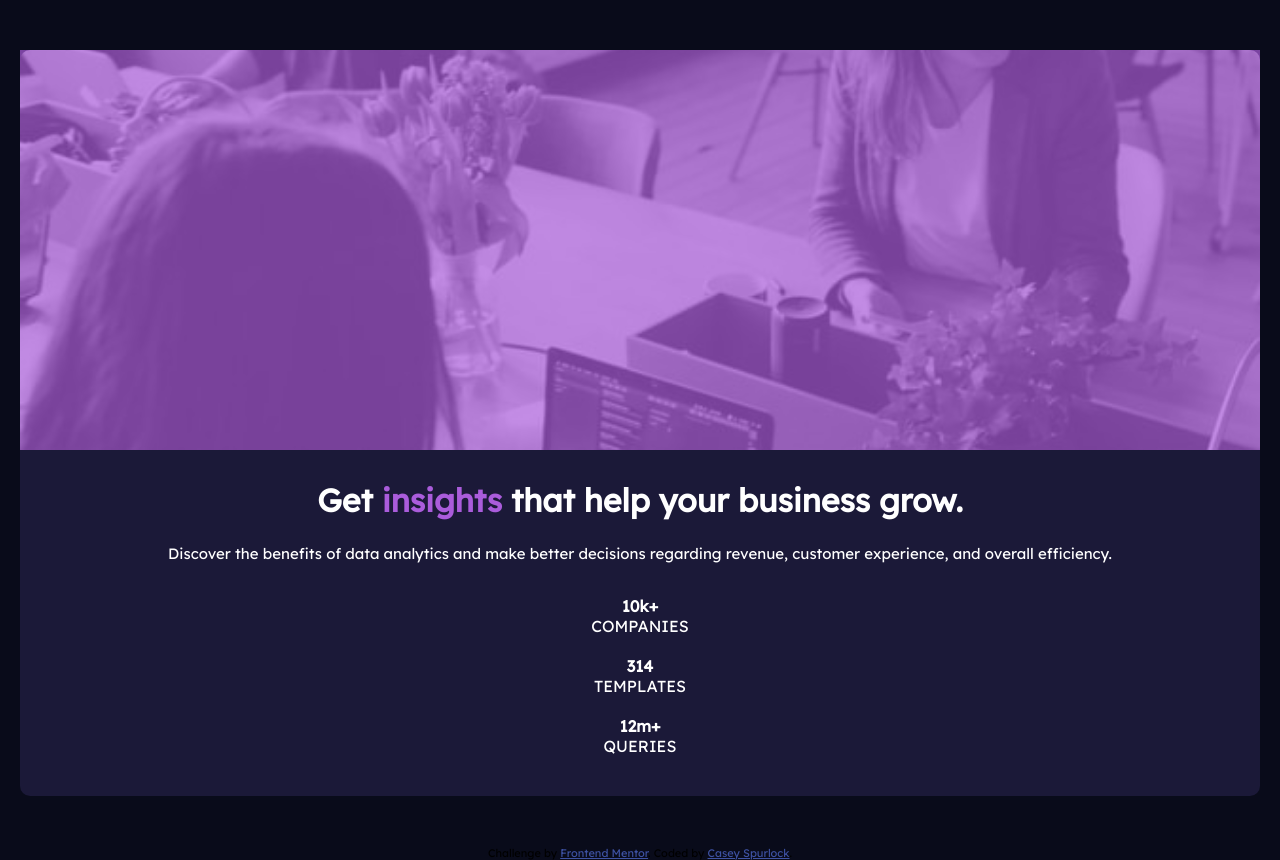
Repository: CaseySpurlock/stats-prewiew-component
Page: index.html
The author's editor kept a copy of each file at every save. The page is drawn from the files as they stood at one save, then again after the next save.
The browser window is 1280 px wide. The pictures show the whole page.

Above is the page before, as saved 2021-06-22 01:33:54.

### index.html
<!DOCTYPE html>
<html lang="en">
<head>
  <meta charset="UTF-8">
  <meta name="viewport" content="width=device-width, initial-scale=1.0"> <!-- displays site properly based on user's device -->

  <link rel="icon" type="image/png" sizes="32x32" href="./images/favicon-32x32.png">

  <title>Frontend Mentor | Stats preview card component</title>

  <link rel="stylesheet" href="styles.css">
  <link rel="preconnect" href="https://fonts.googleapis.com">
  <link rel="preconnect" href="https://fonts.gstatic.com" crossorigin>
  <link href="https://fonts.googleapis.com/css2?family=Inter:wght@400;700&family=Lexend+Deca&display=swap" rel="stylesheet">

</head>

<body>

  <div class="container">
    <div class="card picture">
      <div class="overlay"></div>
    </div>
      <div class="card">
        <h1>Get <span>insights</span> that help your business grow.</h1>
      <p>Discover the benefits of data analytics and make better decisions regarding revenue, customer
        experience, and overall efficiency.</p>
        <ul>
          <li><span>10k+</span> companies</li>
          <li><span>314</span> templates</li>
          <li><span>12m+ </span> queries</li>
      </div>
      </div>








  <div class="attribution">
    Challenge by <a href="https://www.frontendmentor.io?ref=challenge" target="_blank">Frontend Mentor</a>.
    Coded by <a href="#">Casey Spurlock</a>.
  </div>
</body>
</html>

### styles.css
:root {
    --Very-dark-blue: hsl(233, 47%, 7%);
    --Dark-desaturated-blue: hsl(244, 38%, 16%);
    --Soft-violet: hsl(277, 64%, 61%);
    --White: hsl(0, 0%, 100%);
    --Slightly-transparent -white: hsla(0, 0%, 100%, 0.75);
    --Slightly-transparent-white: hsla(0, 0%, 100%, 0.6);
}

* {
    margin: 0;
    padding: 0;
    box-sizing: border-box;
}

img {
    max-width: 100%;
}

ul {
    list-style-type: none;
}

body {
    font-family: "lexend deca", sans-serif;
    background-color: var(--Very-dark-blue);
}

p {
    font-size: 15px;
    line-height: 1.6;
}

.container {
    background-color: var(--Dark-desaturated-blue);
    color: var(--White);
    margin: 50px 20px;
    padding: 0 0 20px;
    border-radius: 10px;
    text-align: center;
}

.container .picture  {
    background: url(./images/image-header-mobile.jpg)
    no-repeat center/cover;
    height: 400px;
    border-radius: 10px 10px 0 0;
}

.container .picture .overlay {
    background-color: hsl(277, 64%, 61%, .7);
    height: 400px;
}

.container .picture {
    border-radius: 10px 10px 0 0;
}

.container .card p {
    padding: 0 20px;
    margin-bottom: 30px;
}

.container .card h1 {
    margin: 30px 0 20px;
    padding: 0 20px;
    line-height: 1.3;
    font-family: "lexend deca", sans-serif;
}

.container .card h1 span {
    color: var(--Soft-violet);
}

.container .card ul li {
    margin-bottom: 20px;
    text-transform: uppercase;
}

.container .card ul li span {
    display: block;
    text-transform: lowercase;
    font-weight: 700;
    font-family: "lexend deca", sans-serif;
}

.attribution {
    font-size: 11px;
    text-align: center;
}
.attribution a {
    color: hsl(228, 45%, 44%);
}

After the next save:
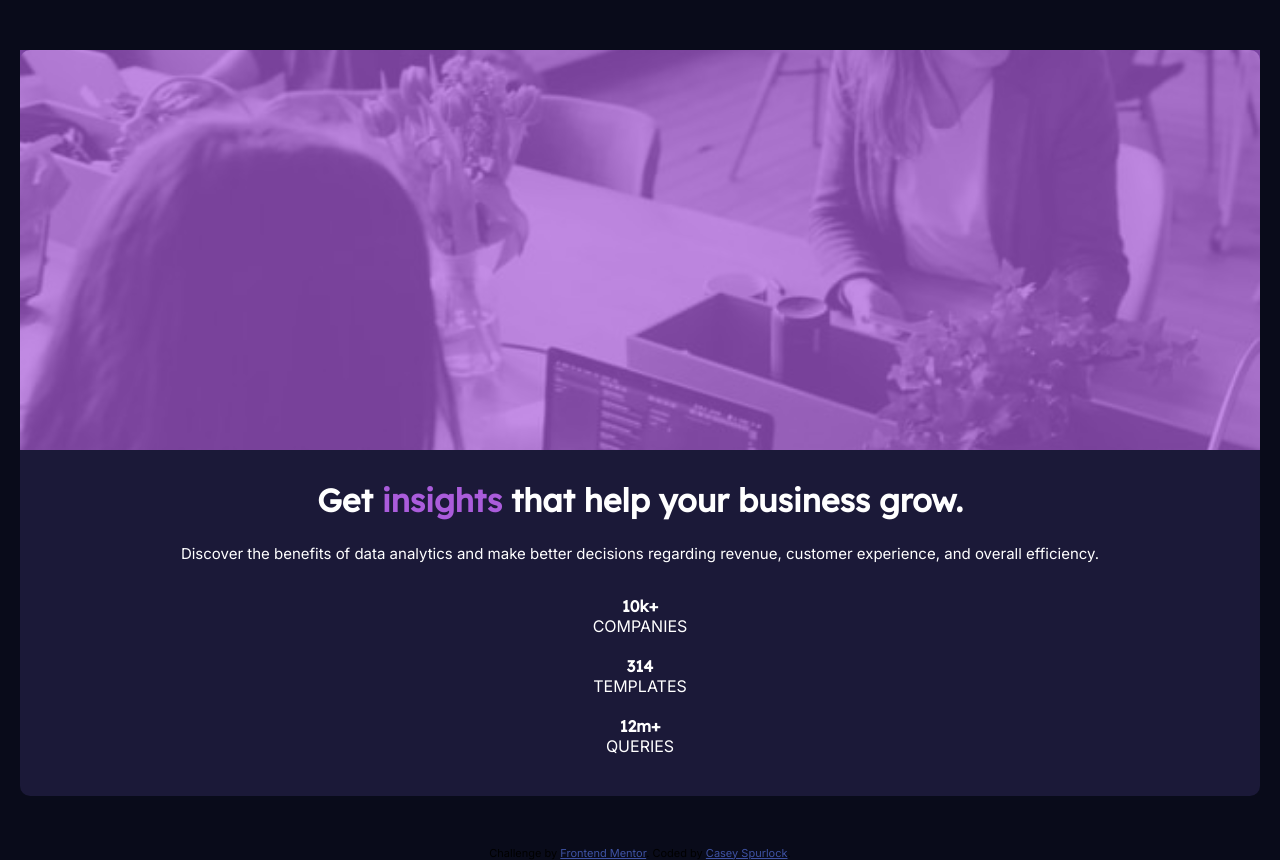
Saved 49 s later.
--- a/styles.css
+++ b/styles.css
@@ -22,7 +22,7 @@
 }
 
 body {
-    font-family: "lexend deca", sans-serif;
+    font-family: "Inter", sans-serif;
     background-color: var(--Very-dark-blue);
 }
 
